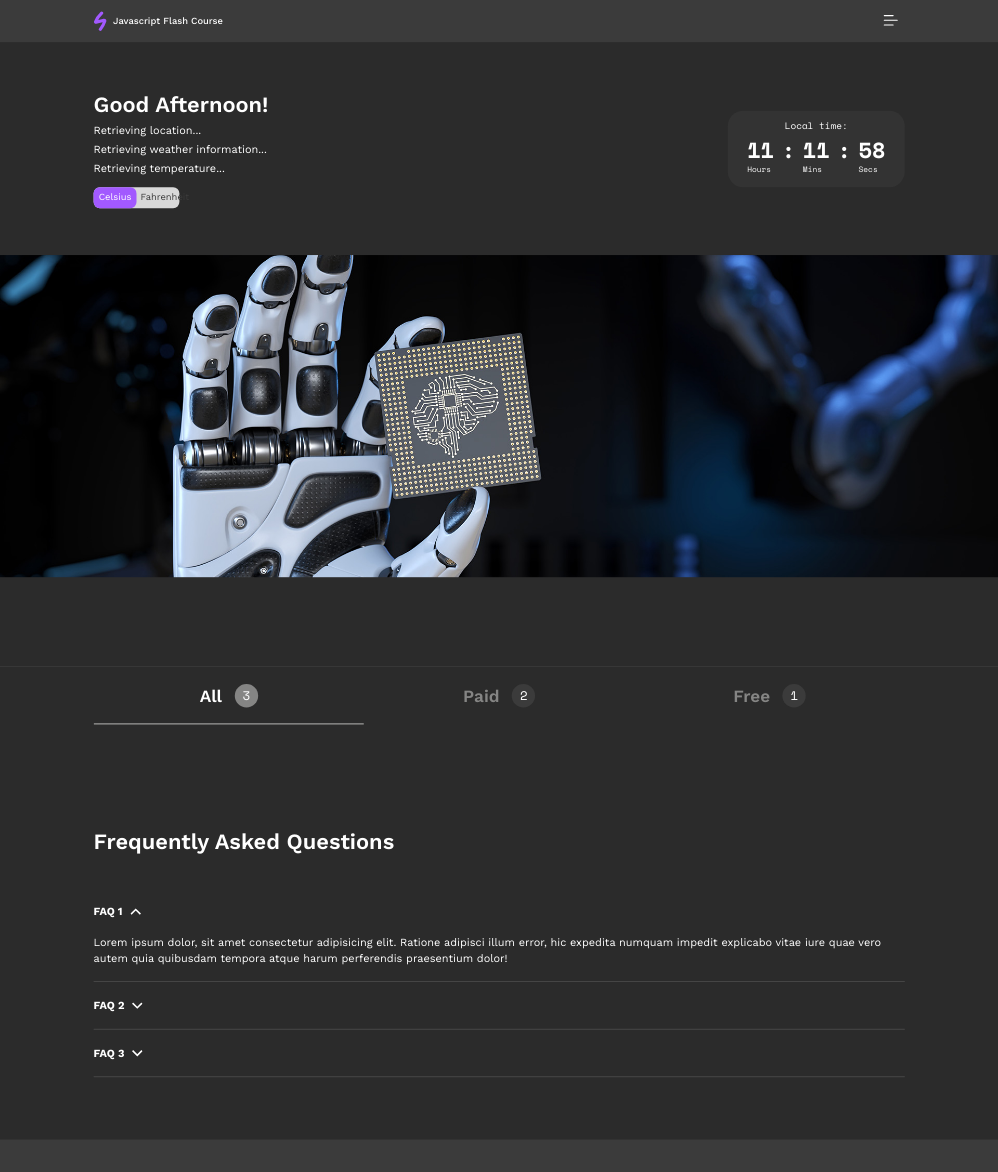
Repository: GettieSirma/JAVASCRIPT-TEST
Page: index.html
An editor plug-in stored every save of this project. The page is shown before and after the next save, followed by the edit.
The browser window is 1280 px wide. The pictures show the whole page, at 78% of full size.

Above is the page before, as saved 2024-04-24 12:27:35.

After the next save:
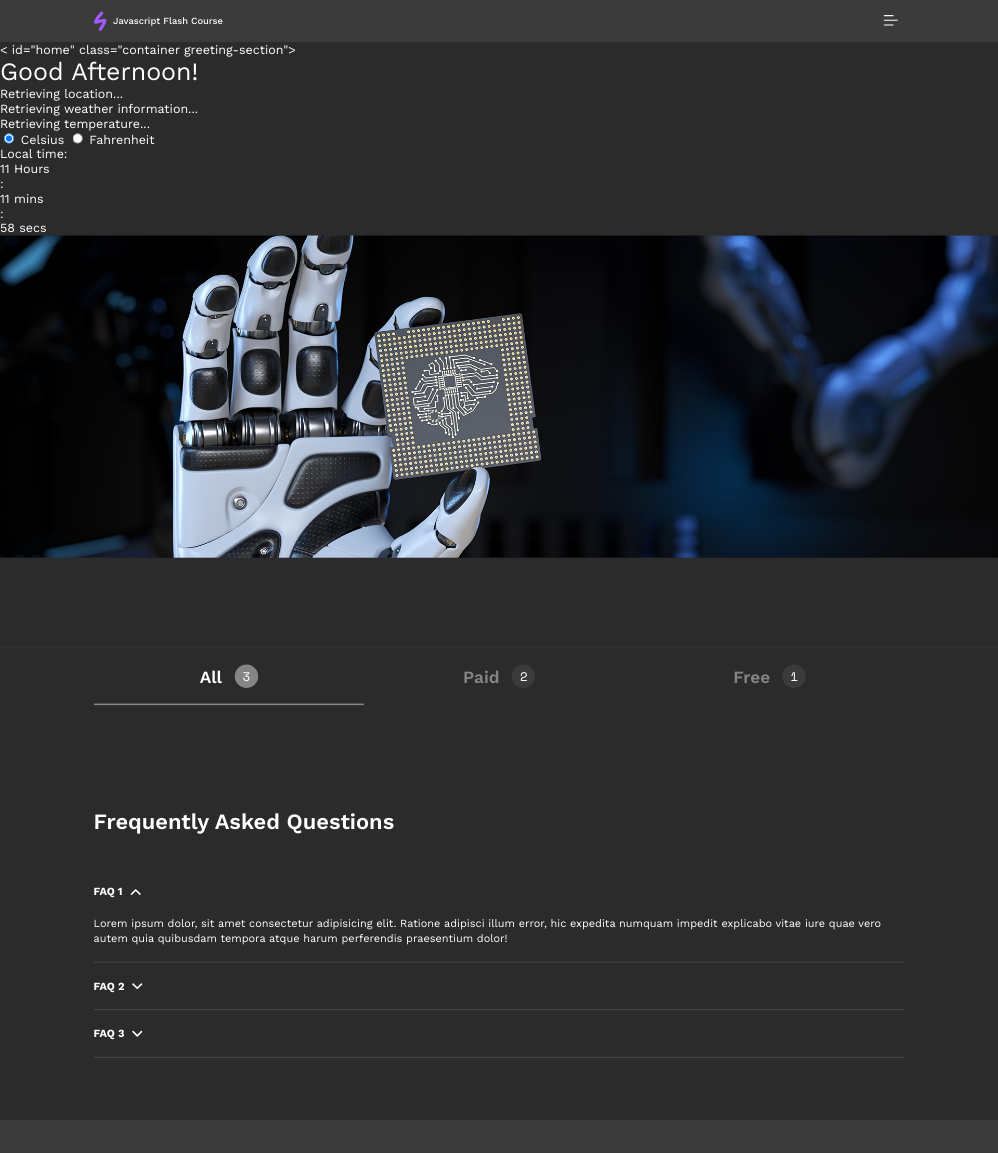
Not found: path/to/background-image.jpg
Saved 9 min 10 s later.
--- a/index.html
+++ b/index.html
@@ -107,7 +107,7 @@
     </header>
 
     <main>
-        <section id="home" class="container greeting-section">
+        < id="home" class="container greeting-section">
             <div class="left-side">
                 <h1 id="greeting">Good Afternoon!</h1>
                 <p id="location">Retrieving location...</p>
@@ -140,71 +140,68 @@
                     </div>
                 </div>
             </div>
-        </section>
-
-        <section id="gallery" class="gallery-section">
-            <img src="assets/gallery/image1.jpg " alt="" />
-
-            <div class="thumbnails">
-
-            </div>
-        </section>
-
-        <section id="products" class="container products-section">
-            <div class="products-filter">
-                <input type="radio" checked="true" id="all" name="products" />
-                <label for="all">
-            All
-            <span class="product-amount">3</span>
-          </label>
-                <input type="radio" id="paid" name="products" />
-                <label for="paid">
-
-            Paid
-            <span class="product-amount">2</span>
-          </label>
-                <input type="radio" id="free" name="products" />
-                <label for="free">
-            Free
-            <span class="product-amount">1</span>
-          </label>
-
-                <span class="glider"></span>
-            </div>
-
-            <div class="products-area">
-
-            </div>
-
-        </section>
-
-        <section id="faqs" class="container faqs-section">
-            <h3>Frequently Asked Questions</h3>
-
-            <details open>
-                <summary>FAQ 1</summary>
-
-                <p>
-                    Lorem ipsum dolor, sit amet consectetur adipisicing elit. Ratione adipisci illum error, hic expedita numquam impedit explicabo vitae iure quae vero autem quia quibusdam tempora atque harum perferendis praesentium dolor!
-                </p>
-            </details>
-
-            <details>
-                <summary>FAQ 2</summary>
-
-                <p>
-                    Consequuntur earum pariatur dolorem repellat temporibus ducimus sunt suscipit repudiandae cupiditate in accusantium recusandae tempora sint eligendi, perferendis aspernatur architecto voluptas laborum adipisci neque voluptates consequatur.
-                </p>
-            </details>
-
-            <details>
-                <summary>FAQ 3</summary>
-
-                <p>
-                    Consequuntur earum pariatur dolorem repellat temporibus ducimus sunt suscipit repudiandae cupiditate in accusantium recusandae tempora sint eligendi, perferendis aspernatur architecto voluptas laborum adipisci neque voluptates consequatur.
-                </p>
-            </details>
-        </section>
+            <section id="gallery" class="gallery-section" style="background-image: url('path/to/background-image.jpg');">
+                <img src="assets/gallery/image1.jpg" alt="" />
+
+                <div class="thumbnails">
+
+                </div>
+            </section>
+
+            <section id="products" class="container products-section" style="background-image: url('path/to/background-image.jpg');">
+                <div class="products-filter">
+                    <input type="radio" checked="true" id="all" name="products" />
+                    <label for="all">
+                      All
+                      <span class="product-amount">3</span>
+                  </label>
+                    <input type="radio" id="paid" name="products" />
+                    <label for="paid">
+                      Paid
+                      <span class="product-amount">2</span>
+                  </label>
+                    <input type="radio" id="free" name="products" />
+                    <label for="free">
+                      Free
+                      <span class="product-amount">1</span>
+                  </label>
+
+                    <span class="glider"></span>
+                </div>
+
+                <div class="products-area">
+
+                </div>
+            </section>
+
+
+            <section id="faqs" class="container faqs-section">
+                <h3>Frequently Asked Questions</h3>
+
+                <details open>
+                    <summary>FAQ 1</summary>
+
+                    <p>
+                        Lorem ipsum dolor, sit amet consectetur adipisicing elit. Ratione adipisci illum error, hic expedita numquam impedit explicabo vitae iure quae vero autem quia quibusdam tempora atque harum perferendis praesentium dolor!
+                    </p>
+                </details>
+
+                <details>
+                    <summary>FAQ 2</summary>
+
+                    <p>
+                        Consequuntur earum pariatur dolorem repellat temporibus ducimus sunt suscipit repudiandae cupiditate in accusantium recusandae tempora sint eligendi, perferendis aspernatur architecto voluptas laborum adipisci neque voluptates consequatur.
+                    </p>
+                </details>
+
+                <details>
+                    <summary>FAQ 3</summary>
+
+                    <p>
+                        Consequuntur earum pariatur dolorem repellat temporibus ducimus sunt suscipit repudiandae cupiditate in accusantium recusandae tempora sint eligendi, perferendis aspernatur architecto voluptas laborum adipisci neque voluptates consequatur.
+                    </p>
+                </details>
+            </section>
     </main>
 
     <footer></footer>

After the save that followed:
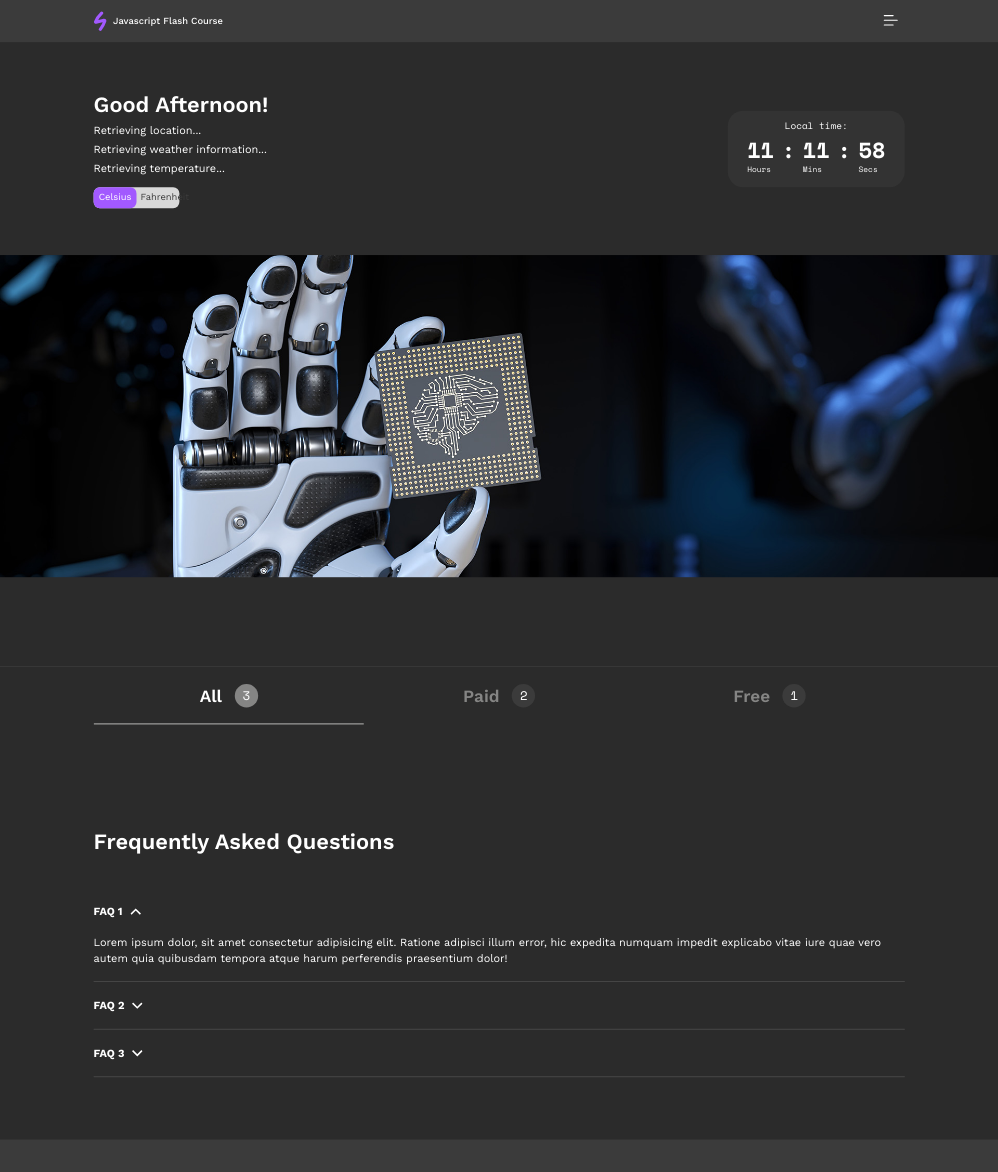
Saved 44 s later.
--- a/index.html
+++ b/index.html
@@ -107,7 +107,7 @@
     </header>
 
     <main>
-        < id="home" class="container greeting-section">
+        <section id="home" class="container greeting-section">
             <div class="left-side">
                 <h1 id="greeting">Good Afternoon!</h1>
                 <p id="location">Retrieving location...</p>
@@ -140,68 +140,71 @@
                     </div>
                 </div>
             </div>
-            <section id="gallery" class="gallery-section" style="background-image: url('path/to/background-image.jpg');">
-                <img src="assets/gallery/image1.jpg" alt="" />
-
-                <div class="thumbnails">
-
-                </div>
-            </section>
-
-            <section id="products" class="container products-section" style="background-image: url('path/to/background-image.jpg');">
-                <div class="products-filter">
-                    <input type="radio" checked="true" id="all" name="products" />
-                    <label for="all">
-                      All
-                      <span class="product-amount">3</span>
-                  </label>
-                    <input type="radio" id="paid" name="products" />
-                    <label for="paid">
-                      Paid
-                      <span class="product-amount">2</span>
-                  </label>
-                    <input type="radio" id="free" name="products" />
-                    <label for="free">
-                      Free
-                      <span class="product-amount">1</span>
-                  </label>
-
-                    <span class="glider"></span>
-                </div>
-
-                <div class="products-area">
-
-                </div>
-            </section>
-
-
-            <section id="faqs" class="container faqs-section">
-                <h3>Frequently Asked Questions</h3>
-
-                <details open>
-                    <summary>FAQ 1</summary>
-
-                    <p>
-                        Lorem ipsum dolor, sit amet consectetur adipisicing elit. Ratione adipisci illum error, hic expedita numquam impedit explicabo vitae iure quae vero autem quia quibusdam tempora atque harum perferendis praesentium dolor!
-                    </p>
-                </details>
-
-                <details>
-                    <summary>FAQ 2</summary>
-
-                    <p>
-                        Consequuntur earum pariatur dolorem repellat temporibus ducimus sunt suscipit repudiandae cupiditate in accusantium recusandae tempora sint eligendi, perferendis aspernatur architecto voluptas laborum adipisci neque voluptates consequatur.
-                    </p>
-                </details>
-
-                <details>
-                    <summary>FAQ 3</summary>
-
-                    <p>
-                        Consequuntur earum pariatur dolorem repellat temporibus ducimus sunt suscipit repudiandae cupiditate in accusantium recusandae tempora sint eligendi, perferendis aspernatur architecto voluptas laborum adipisci neque voluptates consequatur.
-                    </p>
-                </details>
-            </section>
+        </section>
+
+        <section id="gallery" class="gallery-section">
+            <img src="assets/gallery/image1.jpg " alt="" />
+
+            <div class="thumbnails">
+
+            </div>
+        </section>
+
+        <section id="products" class="container products-section">
+            <div class="products-filter">
+                <input type="radio" checked="true" id="all" name="products" />
+                <label for="all">
+            All
+            <span class="product-amount">3</span>
+          </label>
+                <input type="radio" id="paid" name="products" />
+                <label for="paid">
+
+            Paid
+            <span class="product-amount">2</span>
+          </label>
+                <input type="radio" id="free" name="products" />
+                <label for="free">
+            Free
+            <span class="product-amount">1</span>
+          </label>
+
+                <span class="glider"></span>
+            </div>
+
+            <div class="products-area">
+
+            </div>
+
+        </section>
+
+        <section id="faqs" class="container faqs-section">
+            <h3>Frequently Asked Questions</h3>
+
+            <details open>
+                <summary>FAQ 1</summary>
+
+                <p>
+                    Lorem ipsum dolor, sit amet consectetur adipisicing elit. Ratione adipisci illum error, hic expedita numquam impedit explicabo vitae iure quae vero autem quia quibusdam tempora atque harum perferendis praesentium dolor!
+                </p>
+            </details>
+
+            <details>
+                <summary>FAQ 2</summary>
+
+                <p>
+                    Consequuntur earum pariatur dolorem repellat temporibus ducimus sunt suscipit repudiandae cupiditate in accusantium recusandae tempora sint eligendi, perferendis aspernatur architecto voluptas laborum adipisci neque voluptates consequatur.
+                </p>
+            </details>
+
+            <details>
+                <summary>FAQ 3</summary>
+
+                <p>
+                    Consequuntur earum pariatur dolorem repellat temporibus ducimus sunt suscipit repudiandae cupiditate in accusantium recusandae tempora sint eligendi, perferendis aspernatur architecto voluptas laborum adipisci neque voluptates consequatur.
+                </p>
+            </details>
+        </section>
     </main>
 
     <footer></footer>
